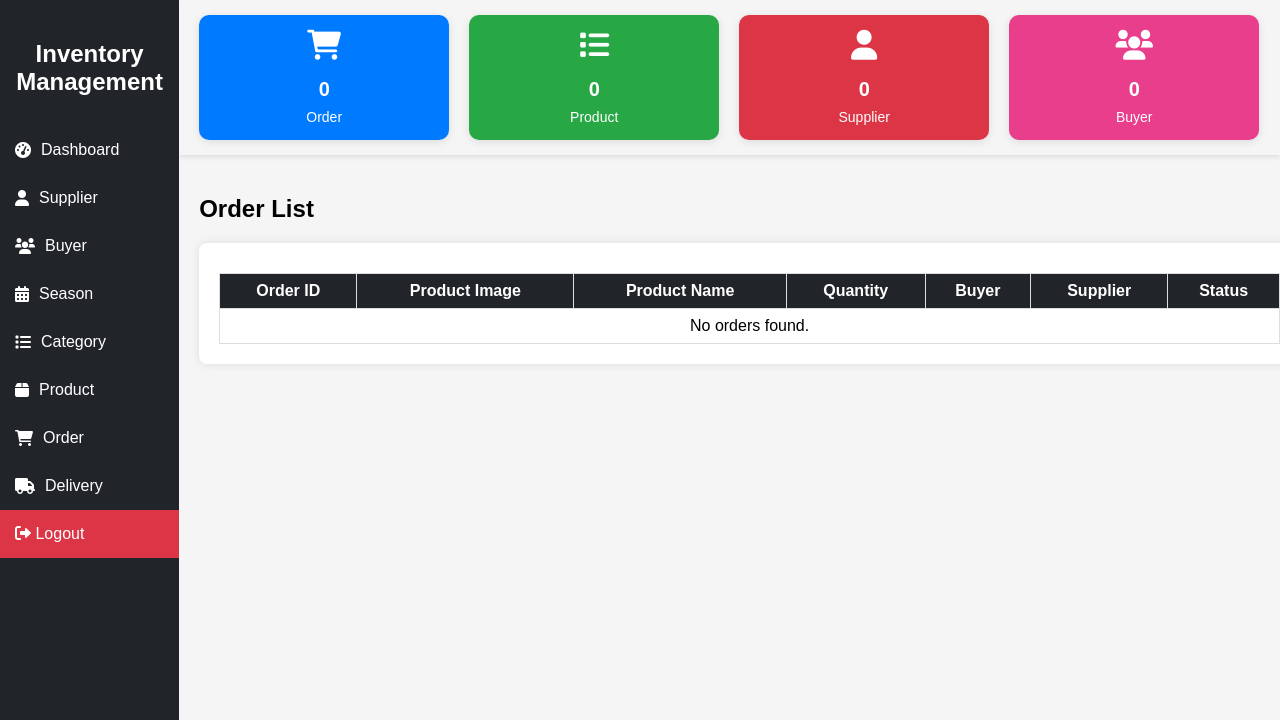
Repository: Fail2/Inventory_Management
Page: http://localhost/accounts/admin/orders/
An editor plug-in stored every save of this project. The page is shown before and after the next save, followed by the edit.
The browser window is 1280 px wide. The pictures show the whole page.
The page is served by the project's application, run on Django 5.2 (inventory_management/manage.py). A made-up administrator, testuser (Test User, test@example.com), is signed in. Other server files are loaded and not shown. Queries for data that is not in the repository find no rows.

Above is the page before, as saved 2025-05-03 12:37:45.

### inventory_management/accounts/templates/accounts/admin_order_list.html
{% extends 'accounts/admin_base.html' %}
{% block title %}Admin - Orders{% endblock %}

{% block content %}
<h2>Order List</h2>

<div class="orders-table">
    <table>
        <thead>
            <tr>
                <th>Order ID</th>
                <th>Product Image</th>
                <th>Product Name</th>
                <th>Quantity</th>
                <th>Buyer</th>
                <th>Supplier</th>
                <th>Status</th>
            </tr>
        </thead>
        <tbody>
            {% for order in orders %}
            <tr>
                <td>{{ order.id }}</td>
                <td>
                    <img src="{{ order.product.picture.url|default:'/media/product_images/default-image.jpg' }}"
                         alt="{{ order.product.name }}" width="60" height="60">
                </td>
                <td>{{ order.product.name }}</td>
                <td>{{ order.quantity }}</td>
                <td>{{ order.buyer.full_name }}</td>

                <!-- Updated cell to include form, no longer under "Actions" column -->
                <td colspan="2">
                    <form method="post" style="display: flex; gap: 10px; align-items: center;">
                        {% csrf_token %}
                        <input type="hidden" name="order_id" value="{{ order.id }}">

                        <!-- Supplier dropdown -->
                        <select name="supplier_id" required>
                            <option value="">Select Supplier</option>
                            {% for supplier in suppliers %}
                            <option value="{{ supplier.id }}" {% if order.supplier and supplier.id == order.supplier.id %}selected{% endif %}>
                                {{ supplier.full_name }}
                            </option>
                            {% endfor %}
                        </select>

                        <!-- Status dropdown -->
                        <select name="status" required>
                            {% for value, label in status_choices %}
                            <option value="{{ value }}" {% if order.status == value %}selected{% endif %}>
                                {{ label }}
                            </option>
                            {% endfor %}
                        </select>

                        <button type="submit" style="padding: 5px 10px;">Update</button>
                    </form>
                </td>
            </tr>
            {% empty %}
            <tr>
                <td colspan="7">No orders found.</td>
            </tr>
            {% endfor %}
        </tbody>
    </table>
</div>
{% endblock %}

### inventory_management/accounts/templates/accounts/admin_base.html
{% load static %}
<!DOCTYPE html>
<html lang="en">

<head>
    <meta charset="UTF-8">
    <title>{% block title %}Admin{% endblock %}</title>

    <link rel="icon" href="{% static 'favicon.ico' %}" type="image/x-icon">
    <link rel="stylesheet" href="https://cdnjs.cloudflare.com/ajax/libs/font-awesome/6.0.0/css/all.min.css">

    {% block extra_css %}{% endblock %}

    <style>
        body {
            margin: 0;
            font-family: 'Arial', sans-serif;
            background: #f5f5f5;
            height: 100vh;
            display: flex;
        }

        /* LEFT SIDEBAR */
        .sidebar {
            width: 14%;
            background: #212529;
            color: white;
            padding-top: 20px;
            display: flex;
            flex-direction: column;
        }

        .sidebar h2 {
            text-align: center;
            margin-bottom: 30px;
        }

        .sidebar a {
            display: flex;
            align-items: center;
            gap: 10px;
            color: white;
            padding: 15px;
            text-decoration: none;
            font-size: 16px;
        }

        .sidebar a:hover {
            background: #575757;
        }

        .logout-btn {
            width: 100%;
            border: none;
            background: #dc3545;
            color: white;
            padding: 15px;
            font-size: 16px;
            text-align: left;
            cursor: pointer;
            margin-top: auto;
        }

        /* RIGHT SECTION */
        .right-section {
            width: 86%;
            display: flex;
            flex-direction: column;
            height: 100%;
        }

        /* FIXED CARDS (AUTO HEIGHT) */
        .fixed-cards {
            padding: 15px 20px;
            background: #f5f5f5;
            box-shadow: 0 2px 5px rgba(0, 0, 0, 0.1);
            flex-shrink: 0;
            /* do not shrink */
        }

        .cards {
            display: flex;
            gap: 20px;
            flex-wrap: wrap;
        }

        .card {
            flex: 1;
            min-width: 180px;
            max-width: 220px;
            background: white;
            padding: 15px;
            border-radius: 10px;
            text-align: center;
            box-shadow: 0 2px 8px rgba(0, 0, 0, 0.1);
            color: white;
            transition: transform 0.3s ease;
        }

        .card:hover {
            transform: translateY(-5px);
        }

        .card i {
            font-size: 30px;
            margin-bottom: 10px;
        }

        .card h3 {
            margin: 8px 0;
            font-size: 20px;
        }

        .card p {
            margin: 0;
            font-size: 14px;
        }

        /* MAIN CONTENT (TAKES REST) */
        .main-content {
            flex-grow: 1;
            /* take remaining space */
            overflow-y: auto;
            padding: 20px;
            box-sizing: border-box;
        }

        .orders-table {
            background: white;
            width: 100%;
            border-radius: 8px;
            padding: 20px;
            box-shadow: 0 0 10px rgba(0, 0, 0, 0.1);
        }

        table {
            width: 100%;
            border-collapse: collapse;
            margin-top: 10px;
        }

        table,
        th,
        td {
            border: 1px solid #ddd;
        }

        th,
        td {
            padding: 8px;
            text-align: center;
        }

        th {
            background: #212529;
            color: white;
        }
    </style>
</head>

<body>
    <div class="sidebar">
        <h2>Inventory Management</h2>
        <a href="{% url 'admin_dashboard' %}"><i class="fas fa-tachometer-alt"></i> Dashboard</a>
        <a href="{% url 'user_list' 'supplier' %}"><i class="fas fa-user"></i> Supplier</a>
        <a href="{% url 'user_list' 'buyer' %}"><i class="fas fa-users"></i> Buyer</a>
        <a href="{% url 'grouped_product_list' 'season' %}"><i class="fas fa-calendar-alt"></i> Season</a>
        <a href="{% url 'grouped_product_list' 'category' %}"><i class="fas fa-list"></i> Category</a>
        <a href="{% url 'product_list' %}"><i class="fas fa-box"></i> Product</a>
        <a href="{% url 'admin_order_list' %}"><i class="fas fa-shopping-cart"></i> Order</a>
        <a href="#"><i class="fas fa-truck"></i> Delivery</a>
        <form method="post" action="{% url 'logout' %}">
            {% csrf_token %}
            <button type="submit" class="logout-btn"><i class="fas fa-sign-out-alt"></i> Logout</button>
        </form>
    </div>

    <div class="right-section">
        <div class="fixed-cards">
            <div class="cards">
                <div class="card" style="background: #007bff;">
                    <i class="fas fa-shopping-cart fa-2x"></i>
                    <h3>0</h3>
                    <p>Order</p>
                </div>
                <div class="card" style="background: #28a745;">
                    <i class="fas fa-list fa-2x"></i>
                    <h3>0</h3>
                    <p>Product</p>
                </div>
                <div class="card" style="background: #dc3545;">
                    <i class="fas fa-user fa-2x"></i>
                    <h3>0</h3>
                    <p>Supplier</p>
                </div>
                <div class="card" style="background: #e83e8c;">
                    <i class="fas fa-users fa-2x"></i>
                    <h3>0</h3>
                    <p>Buyer</p>
                </div>
            </div>
        </div>

        <div class="main-content">
            {% block content %}
            {% endblock %}
        </div>
    </div>

    {% block scripts %}
    {% endblock %}
</body>

</html>

### inventory_management/accounts/middleware/auth_middleware.py
from django.shortcuts import redirect

class BuyerSupplierLoginRequiredMiddleware:
    """
    Middleware to protect buyer and supplier pages.
    If user is not logged in, they will be redirected to login page.
    """

    def __init__(self, get_response):
        self.get_response = get_response

    def __call__(self, request):
        # Paths that need protection
        protected_paths = [
            '/buyer/',         # All buyer pages
            '/supplier/',      # All supplier pages
        ]

        # Check if the request path starts with any protected path
        if any(request.path.startswith(path) for path in protected_paths):
            if not request.session.get('user_type'):
                # If user_type not found in session, redirect to login
                return redirect('login')  # URL name of your login page

        response = self.get_response(request)
        return response

### inventory_management/accounts/models.py
from django.db import models
from django.contrib.auth.models import AbstractUser
from django.core.validators import MinValueValidator
import os
import uuid
from django.utils.deconstruct import deconstructible

# Custom User Model for Buyer and Seller types
class CustomUser(AbstractUser):
    USER_TYPE_CHOICES = (
        ('buyer', 'Buyer'),
        ('supplier', 'Supplier'),
    )
    user_type = models.CharField(max_length=10, choices=USER_TYPE_CHOICES)

    def is_admin(self):
        return self.is_superuser  # Check if the user is an admin

class Buyer(models.Model):
    full_name=models.CharField(max_length=100)
    address = models.TextField()
    email = models.EmailField(unique=True)
    username = models.CharField(max_length=100,unique=True)
    password =models.CharField(max_length=128) #store hashed password
    last_login = models.DateTimeField(null=True, blank=True)
    date_joined = models.DateTimeField(auto_now_add=True)


    def __str__(self):
        return self.full_name

class Supplier(models.Model):
    full_name=models.CharField(max_length=100)
    address = models.TextField()
    email = models.EmailField(unique=True)
    username = models.CharField(max_length=100,unique=True)
    password =models.CharField(max_length=128) #store hashed password
    last_login = models.DateTimeField(null=True, blank=True)
    date_joined = models.DateTimeField(auto_now_add=True)


    def __str__(self):
        return self.full_name

class Season(models.Model):
    name = models.CharField(max_length=100)

    def __str__(self):
        return self.name

class Category(models.Model):
    name = models.CharField(max_length=100)

    def __str__(self):
        return self.name

#for creating unique file name for image so that no override occurs
@deconstructible
class UniqueFileName:
    def __init__(self, subdir):
        self.subdir = subdir

    def __call__(self, instance, filename):
        ext = filename.split('.')[-1]
        unique_filename = f"{uuid.uuid4().hex}.{ext}"
        return os.path.join(self.subdir, unique_filename)

class Product(models.Model):
    name = models.CharField(max_length=255)
    category = models.ForeignKey(Category, on_delete=models.SET_NULL,null=True, blank=True)
    season = models.ForeignKey(Season, on_delete=models.SET_NULL, null=True, blank=True)
    price = models.DecimalField(max_digits=10, decimal_places=2,validators=[MinValueValidator(0.01)])
    quantity = models.PositiveIntegerField()
    picture = models.ImageField(upload_to=UniqueFileName('product_images/'), null=True, blank=True)
    supplier = models.ForeignKey(Supplier, on_delete=models.SET_NULL, null=True, blank=True)  # Now optional

    def __str__(self):
        return self.name
    def save(self, *args, **kwargs):
        try:
            this = Product.objects.get(id=self.id)
            if this.picture and self.picture != this.picture:
                if os.path.isfile(this.picture.path):
                    os.remove(this.picture.path)
        except Product.DoesNotExist:
            pass  # This is a new product, no need to delete anything

        super().save(*args, **kwargs)

    def delete(self, *args, **kwargs):
        if self.picture and os.path.isfile(self.picture.path):
            os.remove(self.picture.path)
        super().delete(*args, **kwargs)


class Order(models.Model):
    STATUS_CHOICES = [
        ('pending', 'Pending'),
        ('approved', 'Approved'),
        ('shipped', 'Shipped'),
        ('completed', 'Completed'),
    ]
    buyer = models.ForeignKey(Buyer, on_delete=models.CASCADE)
    product = models.ForeignKey(Product, on_delete=models.CASCADE)
    supplier = models.ForeignKey(Supplier, on_delete=models.SET_NULL, null=True, blank=True)
    quantity = models.PositiveIntegerField()
    total_amount = models.DecimalField(max_digits=10, decimal_places=2, blank=True, null=True)
    delivery_address = models.TextField()  # <- NEW FIELD for where to send
    status = models.CharField(max_length=20, choices=STATUS_CHOICES, default='pending')
    order_date = models.DateTimeField(auto_now_add=True)

    def __str__(self):
        return f"Order #{self.id} - {self.product.name} by {self.buyer.full_name}"

    def save(self, *args, **kwargs):
        if self.product and self.quantity:
            self.total_amount = self.product.price * self.quantity
        super().save(*args, **kwargs)

class Delivery(models.Model):
    order = models.OneToOneField(Order, on_delete=models.CASCADE)
    delivery_date = models.DateField()
    status = models.CharField(max_length=50)

    def __str__(self):
        return f"Delivery for {self.order}"

### inventory_management/inventory_management/urls.py
"""
URL configuration for inventory_management project.

The `urlpatterns` list routes URLs to views. For more information please see:
    https://docs.djangoproject.com/en/5.2/topics/http/urls/
Examples:
Function views
    1. Add an import:  from my_app import views
    2. Add a URL to urlpatterns:  path('', views.home, name='home')
Class-based views
    1. Add an import:  from other_app.views import Home
    2. Add a URL to urlpatterns:  path('', Home.as_view(), name='home')
Including another URLconf
    1. Import the include() function: from django.urls import include, path
    2. Add a URL to urlpatterns:  path('blog/', include('blog.urls'))
"""
from django.contrib import admin
from django.conf import settings
from django.conf.urls.static import static
from django.urls import path,include

urlpatterns = [
    path('admin/', admin.site.urls),
    path('accounts/',include('accounts.urls')),
]
# This serves media files in development (make sure to only use this in development)
if settings.DEBUG:
    urlpatterns += static(settings.MEDIA_URL, document_root=settings.MEDIA_ROOT)

### inventory_management/accounts/urls.py

from django.conf import settings
from django.conf.urls.static import static
from django.urls import path
from . import views

urlpatterns = [
    # Admin-related paths
    path('admin-login/', views.admin_login_view, name='admin-login'),
    path('admin-dashboard/', views.admin_dashboard, name='admin_dashboard'),
    path('<str:user_type>/list/', views.user_list, name='user_list'),
    path('<str:user_type>/add/', views.add_user, name='add_user'),
    path('<str:user_type>/edit/<int:user_id>/', views.edit_user, name='edit_user'),
    path('<str:user_type>/delete/<int:user_id>/', views.delete_user, name='delete_user'),
    path('products/', views.product_list, name='product_list'),
    path('add/', views.add_product, name='add_product'),  # add_product view coming next
    path('products/<int:product_id>/edit/', views.edit_product, name='edit_product'),
    path('products/<int:product_id>/delete/', views.delete_product, name='delete_product'),
    path('products/by/<str:group_by>/', views.grouped_product_list, name='grouped_product_list'),
    path('add/<str:group_by>/', views.add_group, name='add_group'),
    path('admin/orders/', views.admin_order_list, name='admin_order_list'),


    # Buyer/Seller login
    path('login/', views.login_view, name='login'),
    path('logout/', views.logout_view, name='logout'),


    # Buyer-specific paths
    path('buyer/login/', views.login_view, name='login_view'),
    path('buyer/home/', views.buyer_home, name='buyer_home'),
    path('buyer/orders/', views.buyer_orders, name='buyer_orders'),
    path('buyer/place_order/<int:product_id>/', views.place_order, name='place_order'),
    path('<str:user_type>/product/<int:product_id>/', views.buyer_product_detail, name='buyer_product_detail'),


    #Supplier

]

Loaded but not shown: inventory_management/accounts/templatetags/custom_tags.py (common file); inventory_management/accounts/views.py (508 lines, source omitted)

After the next save:
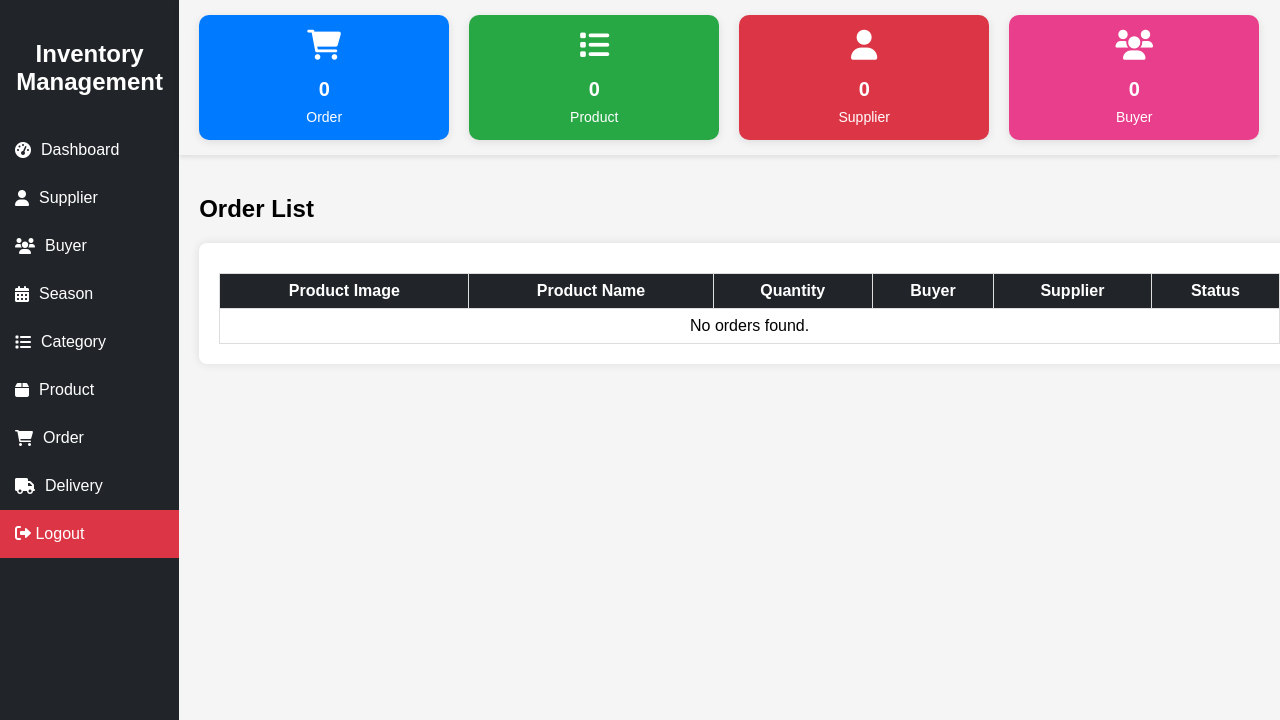
Saved 2 min 19 s later.
--- a/inventory_management/accounts/templates/accounts/admin_order_list.html
+++ b/inventory_management/accounts/templates/accounts/admin_order_list.html
@@ -8,7 +8,6 @@
     <table>
         <thead>
             <tr>
-                <th>Order ID</th>
                 <th>Product Image</th>
                 <th>Product Name</th>
                 <th>Quantity</th>
@@ -20,7 +19,6 @@
         <tbody>
             {% for order in orders %}
             <tr>
-                <td>{{ order.id }}</td>
                 <td>
                     <img src="{{ order.product.picture.url|default:'/media/product_images/default-image.jpg' }}"
                          alt="{{ order.product.name }}" width="60" height="60">
@@ -60,7 +58,7 @@
             </tr>
             {% empty %}
             <tr>
-                <td colspan="7">No orders found.</td>
+                <td colspan="6">No orders found.</td>
             </tr>
             {% endfor %}
         </tbody>
